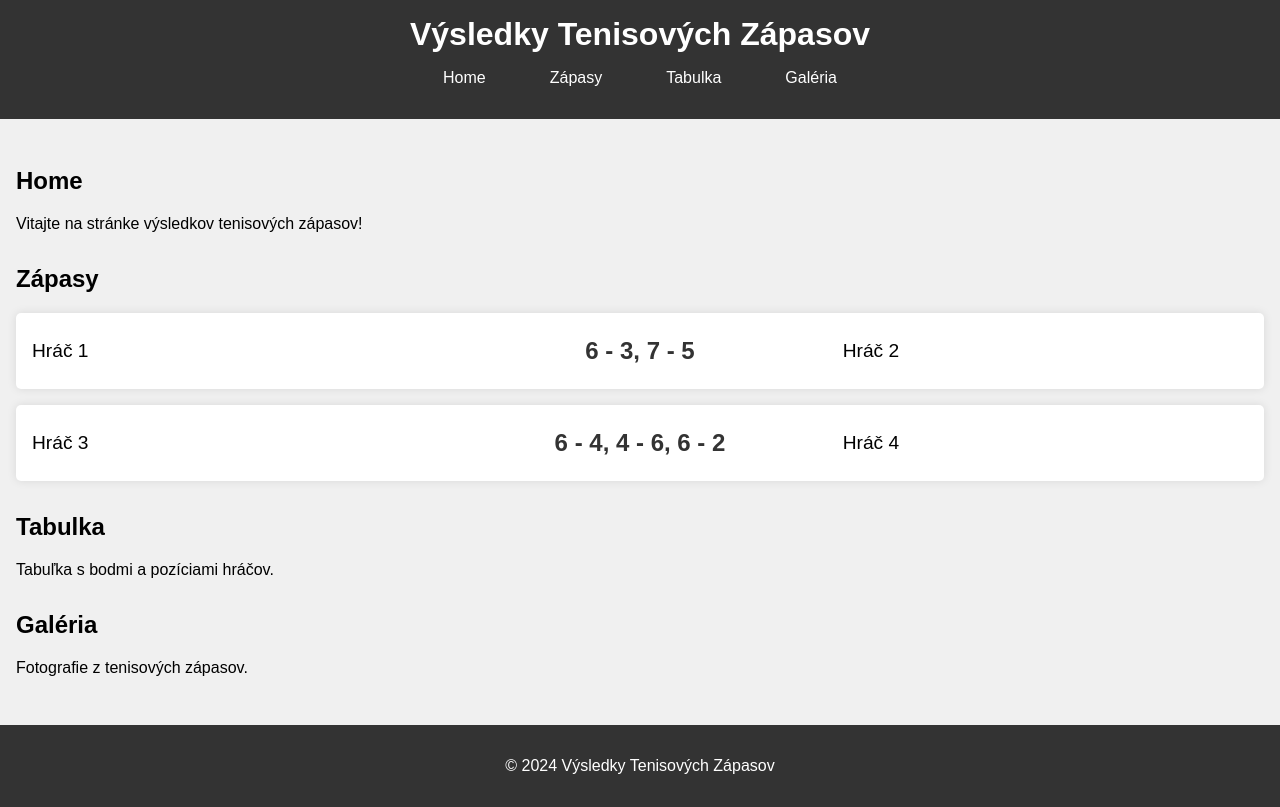
Repository: Badynko/tenis
Page: index.html
The author's editor kept a copy of each file at every save. The page is drawn from the files as they stood at one save, then again after the next save.
The browser window is 1280 px wide. The pictures show the whole page.

Above is the page before, as saved 2024-06-24 17:54:33.

### index.html
<!DOCTYPE html>
<html lang="sk">
  <head>
    <meta charset="UTF-8" />
    <meta name="viewport" content="width=device-width, initial-scale=1.0" />
    <title>Výsledky Tenisových Zápasov</title>
    <link rel="stylesheet" href="css/style.css" />
  </head>
  <body>
    <header>
      <h1>Výsledky Tenisových Zápasov</h1>
      <nav>
        <ul class="menu">
          <li><a href="#home">Home</a></li>
          <li><a href="#zapasy">Zápasy</a></li>
          <li><a href="#tabulka">Tabulka</a></li>
          <li><a href="#galeria">Galéria</a></li>
        </ul>
      </nav>
    </header>
    <main>
      <section id="home">
        <h2>Home</h2>
        <p>Vitajte na stránke výsledkov tenisových zápasov!</p>
      </section>
      <section id="zapasy">
        <h2>Zápasy</h2>
        <div class="match">
          <div class="player">Hráč 1</div>
          <div class="score">6 - 3, 7 - 5</div>
          <div class="player">Hráč 2</div>
        </div>
        <div class="match">
          <div class="player">Hráč 3</div>
          <div class="score">6 - 4, 4 - 6, 6 - 2</div>
          <div class="player">Hráč 4</div>
        </div>
      </section>
      <section id="tabulka">
        <h2>Tabulka</h2>
        <p>Tabuľka s bodmi a pozíciami hráčov.</p>
      </section>
      <section id="galeria">
        <h2>Galéria</h2>
        <p>Fotografie z tenisových zápasov.</p>
      </section>
    </main>
    <footer>
      <p>&copy; 2024 Výsledky Tenisových Zápasov</p>
    </footer>
    <script src="js/script.js"></script>
  </body>
</html>

### css/style.css
body {
  font-family: Arial, sans-serif;
  margin: 0;
  padding: 0;
  background-color: #f0f0f0;
}

header {
  background-color: #333;
  color: #fff;
  text-align: center;
  padding: 1rem 0;
}

h1 {
  margin: 0;
}

nav {
  margin: 1rem 0;
}

.menu {
  list-style-type: none;
  padding: 0;
  display: flex;
  justify-content: center;
}

.menu li {
  margin: 0 1rem;
}

.menu a {
  color: #fff;
  text-decoration: none;
  padding: 0.5rem 1rem;
  border-radius: 5px;
  transition: background-color 0.3s;
}

.menu a:hover {
  background-color: #575757;
}

main {
  padding: 1rem;
}

section {
  margin: 2rem 0;
}

.match {
  background-color: #fff;
  margin: 1rem 0;
  padding: 1rem;
  border-radius: 5px;
  box-shadow: 0 0 10px rgba(0, 0, 0, 0.1);
  display: flex;
  justify-content: space-between;
  align-items: center;
  flex-wrap: wrap;
}

.player {
  font-size: 1.2rem;
  flex: 1 1 100%;
  text-align: center;
  margin: 0.5rem 0;
}

.score {
  font-size: 1.5rem;
  flex: 1 1 100%;
  text-align: center;
  font-weight: bold;
  color: #333;
  margin: 0.5rem 0;
}

footer {
  background-color: #333;
  color: #fff;
  text-align: center;
  padding: 1rem 0;
}

@media (min-width: 600px) {
  .match {
    flex-wrap: nowrap;
  }

  .player,
  .score {
    flex: 1;
    text-align: left;
  }

  .score {
    text-align: center;
  }
}

### js/script.js
document.addEventListener("DOMContentLoaded", () => {
  // JavaScript môže byť použitý na dynamické načítanie výsledkov
  // Alebo na pridanie interaktívnych prvkov
});

After the next save:
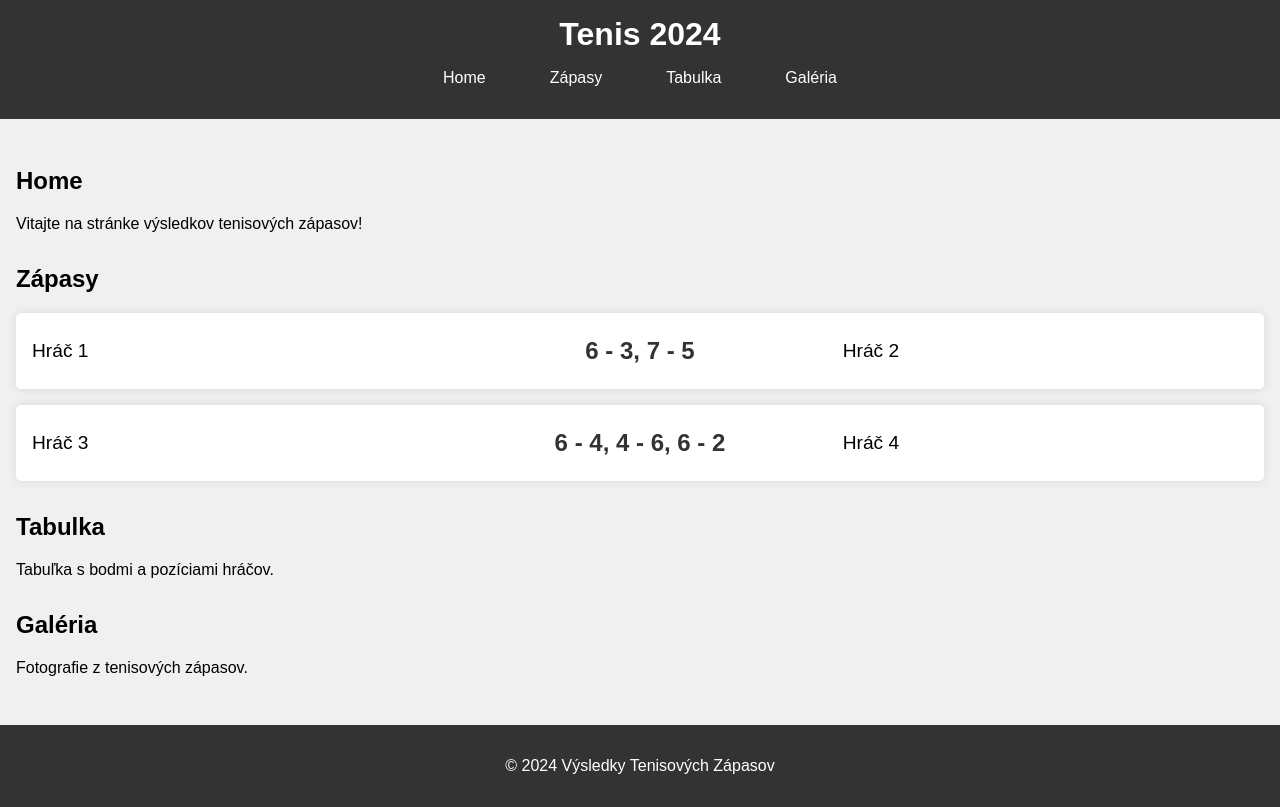
Saved 10 days later.
--- a/index.html
+++ b/index.html
@@ -3,12 +3,12 @@
   <head>
     <meta charset="UTF-8" />
     <meta name="viewport" content="width=device-width, initial-scale=1.0" />
-    <title>Výsledky Tenisových Zápasov</title>
+    <title>Tenis Matches 2024</title>
     <link rel="stylesheet" href="css/style.css" />
   </head>
   <body>
     <header>
-      <h1>Výsledky Tenisových Zápasov</h1>
+      <h1>Tenis 2024</h1>
       <nav>
         <ul class="menu">
           <li><a href="#home">Home</a></li>
